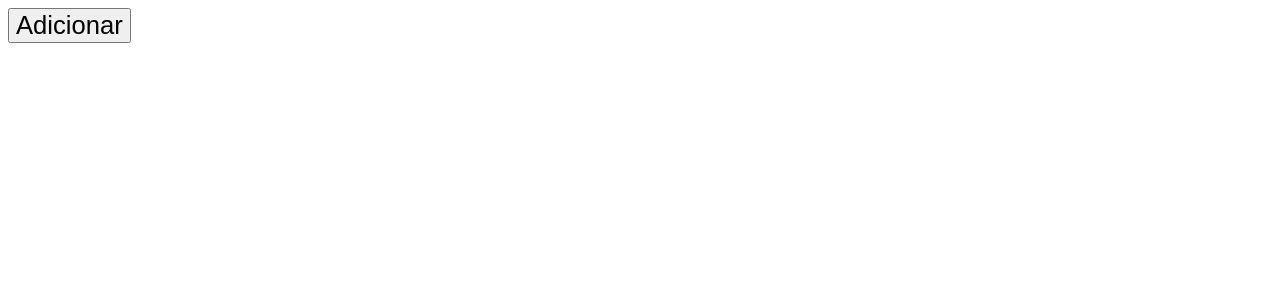
Repository: Orifiel/teste
Page: desafioMod2/desafioJavascript0201.html
These files come from the project's save history. The page is drawn as it stood at one moment and after the next save; the edit follows.
The browser window is 1280 px wide. The pictures show the whole page.

Above is the page before, as saved 2020-08-12 15:03:32.

After the next save:
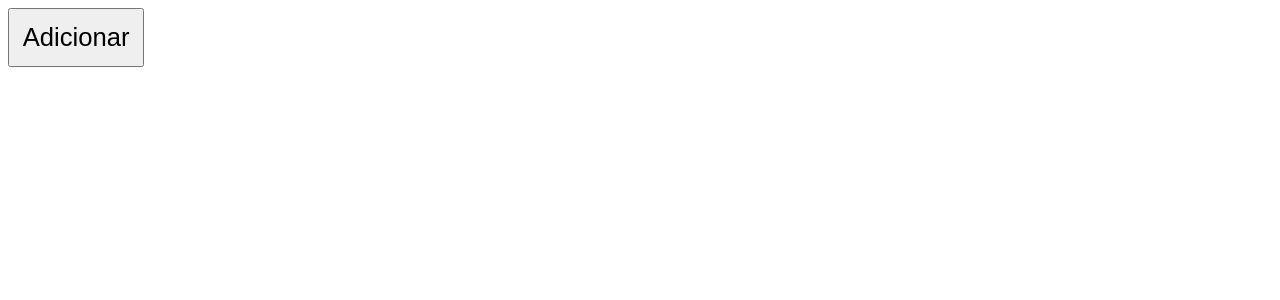
Saved 16 s later.
--- a/desafioMod2/desafioJavascript0201.html
+++ b/desafioMod2/desafioJavascript0201.html
@@ -17,6 +17,7 @@ aparecer na tela.
 
         body .getsquadred {
             font-size: 1.6rem;
+            padding: 0.8rem;
         }
     </style>
 
